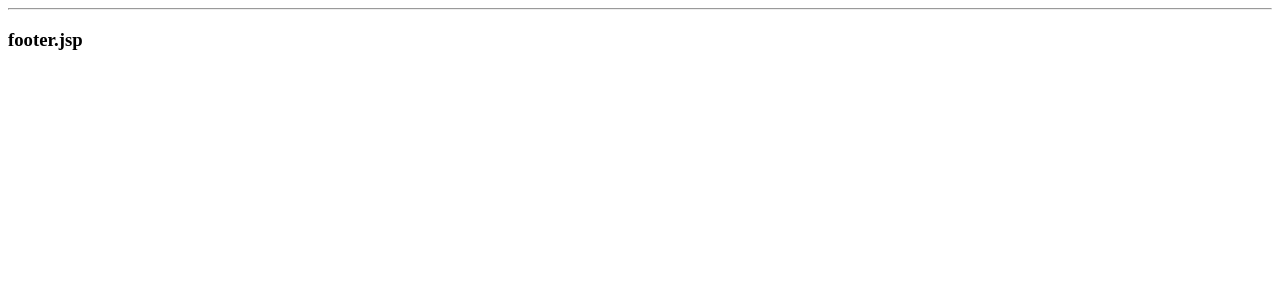
Repository: hyeri-seo/JSP
Page: http://localhost/JspExam/footer.jsp
The author's editor kept a copy of each file at every save. The page is drawn from the files as they stood at one save, then again after the next save.
The browser window is 1280 px wide. The pictures show the whole page.
The page is served by Tomcat 9.

Above is the page before, as saved 2023-09-19 06:29:43.

### JspExam/src/main/webapp/footer.jsp
<%@ page language="java" contentType="text/html; charset=UTF-8"
    pageEncoding="UTF-8"%>
<hr>
<h3>footer.jsp</h3>

After the next save:
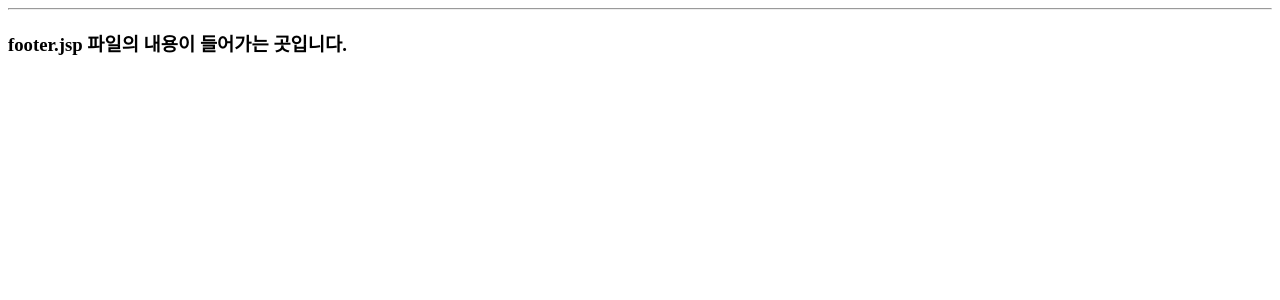
Saved 12 s later.
--- a/JspExam/src/main/webapp/footer.jsp
+++ b/JspExam/src/main/webapp/footer.jsp
@@ -1,4 +1,4 @@
 <%@ page language="java" contentType="text/html; charset=UTF-8"
     pageEncoding="UTF-8"%>
 <hr>
-<h3>footer.jsp</h3>
+<h3>footer.jsp 파일의 내용이 들어가는 곳입니다.</h3>
